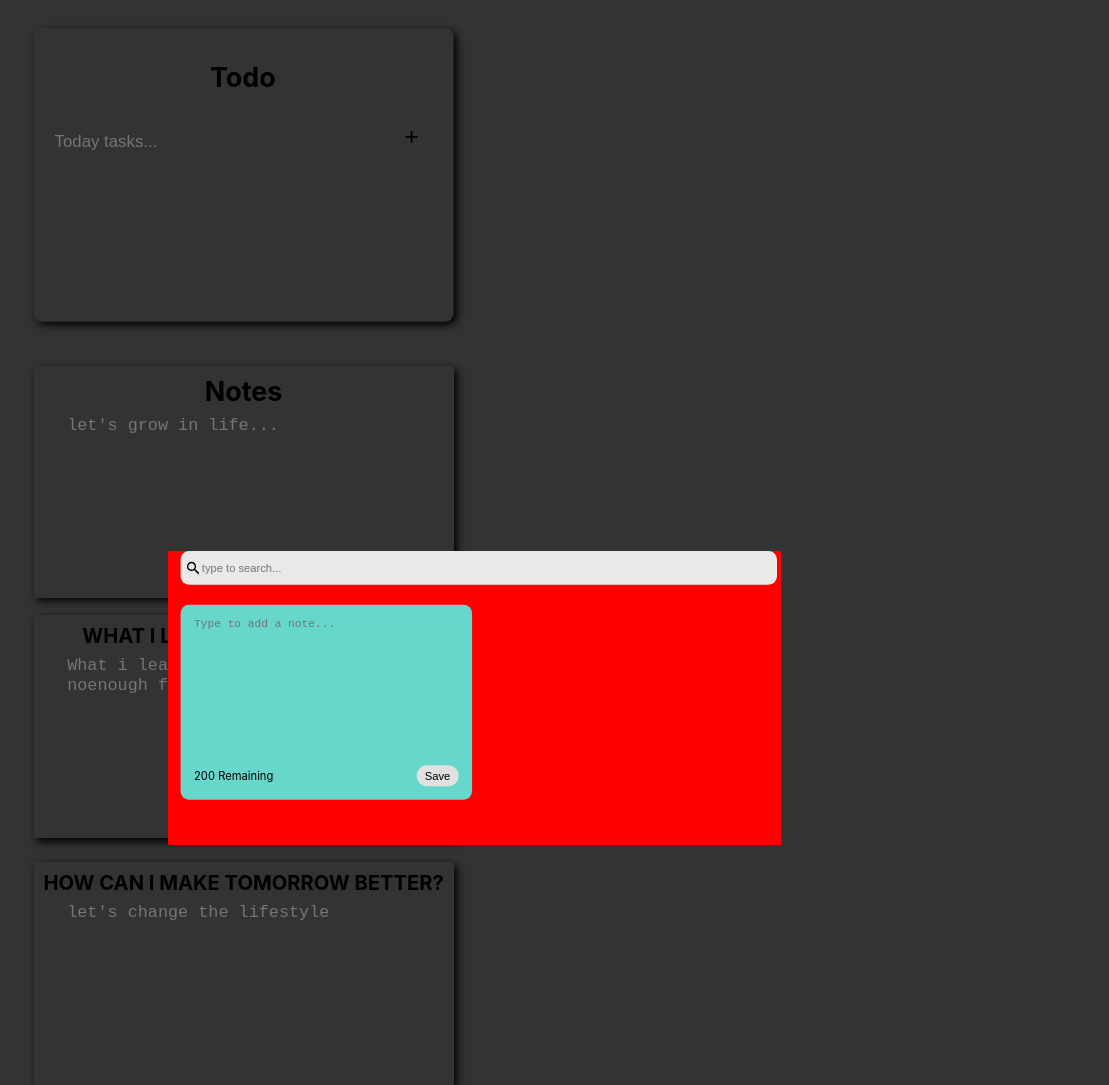
Repository: subhamRsahoo/note
Page: /
These files come from the project's save history. The page is drawn as it stood at one moment and after the next save; the edit follows.
The browser window is 1280 px wide. The page is 1320 px wide, so the pictures cover 1320 px, including what lies to the right of the window. The pictures show the whole page, at 84% of full size.
The project was rebuilt for these pictures with package versions that can differ from the ones it lists, and the page was loaded fresh each time. Also part of the build but not shown: src/components/New folder/components/Note.js.

Above is the page before, as saved 2021-07-15 18:03:37.

### public/index.html
<!DOCTYPE html>
<html lang="en">
  <head>
    <meta charset="utf-8" />
    <link rel="icon" href="%PUBLIC_URL%/favicon.ico" />
    <meta name="viewport" content="width=device-width, initial-scale=1" />
    <meta name="theme-color" content="#000000" />
    <meta
      name="description"
      content="Web site created using create-react-app"
    />
    <link rel="apple-touch-icon" href="%PUBLIC_URL%/logo192.png" />
    <link rel="manifest" href="%PUBLIC_URL%/manifest.json" />


    <!-- <link rel="stylesheet" href="https://cdnjs.cloudflare.com/ajax/libs/font-awesome/5.15.3/css/font-awesome.min.css"/> -->

    <!-- <link rel="stylesheet" href="https://bootswatch.com/4/materia/bootstrap.com"/> -->

    <title>React App</title>
  </head>
  <body>
    <noscript>You need to enable JavaScript to run this app.</noscript>
    <div id="root"></div>
  </body>
</html>

### src/App.js
import React from 'react'
import Hub from './components/Hub';
import Hub1 from './components/aaaa/Hub1';
import A from './components/New folder/A';

function App() {
    return (
        <div>
            <Hub/>
            <Hub1/>
            <A/>
        </div>
    )
}

export default App

### src/components/Hub.js
import React , {useState , useEffect}from "react";
import Header from "./Header";
import Form from "./Form";
import TodoList from "./TodoList";
import './App.css';


const Hub = () => {
  const initalState = JSON.parse(localStorage.getItem("todos")) || [];
  const [input ,setInput] = useState("");
  const [todos ,setTodos] = useState(initalState);
  const [editTodo , setEditTodo] = useState(null);

  useEffect(() => {
    localStorage.setItem("todos" , JSON.stringify(todos))
  }, [todos]);
  return (
    <div className="container">
      <div className="app-wrapper">
        <div>
          <Header/>
        </div>
        <div>
          <Form
          input={input}
          setInput={setInput}
          todos={todos}
          setTodos={setTodos}
          editTodo={editTodo}
          setEditTodo={setEditTodo}
          />
        </div>
        <div>
          <TodoList todos={todos} setTodos={setTodos} setEditTodo={setEditTodo}/>
        </div>
      </div>
    </div>

  );
}

export default Hub;

### src/components/aaaa/Hub1.js
import React, { Component } from 'react';
import FormDataComponent from './components/form-data.component';
class  Hub1 extends Component {
  render() {
    return (
      <div >
        <FormDataComponent />
      </div>
    );
  }
}

export default Hub1;

### src/components/New folder/A.js
import React from 'react';
import './index.css';
import App from './App';


function A() {
    return (
        <div>
            <App />
        </div>
    )
}

export default A

### src/components/Header.js
import React from 'react'

function Header() {
    return (
        <div className="header">
            <h1>Todo</h1>
        </div>
    )
}

export default Header

### src/components/Form.js
import React , {useEffect} from 'react'
import {v4 as uuidv4} from "uuid";
import AddIcon from '@material-ui/icons/Add';

 const Form =({input , setInput , todos , setTodos , editTodo , setEditTodo }) => {
     const updateTodo = (title , id, completed) =>
     {
         const newTodo = todos.map((todo)=>

             todo.id === id ? {title,id, completed} : todo
         )
         setTodos(newTodo);
         setEditTodo("");
     }
     useEffect(() =>
     {
         if(editTodo)
         {
             setInput(editTodo.title);
         }else{
             setInput("")
         }
     }, [setInput , editTodo]);

     const onInputChange= (event) =>
     {
       setInput(event.target.value);
     };

     const onFormSubmit = (event) =>
     {
        event.preventDefault();
        if(!editTodo){
            setTodos([...todos , {id:uuidv4(), title: input , completed: false}]);
            setInput("");
        }else{
            updateTodo(input , editTodo.id , editTodo.completed)
        }
     }
    return (
       <form onSubmit={onFormSubmit}>
           <input type="text" placeholder="Today tasks... " className="task-input"
           value={input} required onChange={onInputChange} limit={3}/>
           <button type="submit" className="Add">
            <AddIcon/>
           </button>
       </form>
    )
}

export default Form

### src/components/TodoList.js
import React from 'react'
import DoneIcon from '@material-ui/icons/Done';
import EditIcon from '@material-ui/icons/Edit';
import DeleteIcon from '@material-ui/icons/Delete';

const TodoList = ({todos , setTodos , setEditTodo}) => {

    const handleDelete = ({id}) =>
    {
        setTodos(todos.filter((todo) => todo.id !== id));
    }

    const handleComplete = (todo) =>
    {
        setTodos(
            todos.map((item) => {
                if(item.id === todo.id){
                    return {...item , completed: !item.completed};
                }
                return item
            })
        )
    }

    const handleEdit =({id}) =>{
        const findTodo = todos.find((todo) => todo.id === id);
        setEditTodo(findTodo);
    };
    return (
        <div>
           {todos.map((todo) => (
               <li className="list-item"  key={todo.id}>
                   <input type="text"
                     value={todo.title}
                     className={`list ${todo.completed ? "complete" : "" }`}
                     onChange={(event)=> event.preventDefault()}
                   />
                   <div>
                       <button className="button-complete task-button" onClick={() => handleComplete(todo)}>
                          <i><DoneIcon/></i>
                       </button>
                       <button className="button-edit task-button" onClick={()=> handleEdit(todo)}>
                          <i><EditIcon/></i>
                       </button>
                       <button className="button-delete task-button"  onClick={()=> handleDelete(todo)}>
                          <i><DeleteIcon/></i>
                       </button>
                   </div>
               </li>
           ))}
        </div>
    );
}

export default TodoList;

### src/components/App.css
::-webkit-scrollbar {
  width: 9px;
}
::-webkit-scrollbar-thumb {
  background-color: #a8a8a8;
}
::-webkit-scrollbar-thumb:hover {
  background: #828282;
}
::-webkit-scrollbar-track {
  background: #cccccc;
}

body {
  font-family: -apple-system, BlinkMacSystemFont, 'Segoe UI', 'Roboto', 'Oxygen',
    'Ubuntu', 'Cantarell', 'Fira Sans', 'Droid Sans', 'Helvetica Neue',
    sans-serif;
  -webkit-font-smoothing: antialiased;
  -moz-osx-font-smoothing: grayscale;
  background: #333;
}

code {
  font-family: source-code-pro, Menlo, Monaco, Consolas, 'Courier New',
    monospace;
}


*
{
  margin: 0;
  padding: 0;
}

.container
{
  margin-top: 10px;
  width: 100%;
  min-height: 55vh;
  display: grid;
  justify-content: left;
  /* margin-left: 40px; */
  right: 500px;
  align-items: center;
  position: relative;
  box-sizing: border-box;
  left: 40px;
}

.app-wrapper
{
  background-color: #333;
  width: 500px;
  min-height: 350px;
  padding: 10px;
  box-sizing: border-box;
  border-radius: 10px;
  box-shadow: 4px 4px 10px #000;
  /* margin-bottom: 150px; */

}

.header h1
{
  color: black;
  text-align: left;
  margin: 30px 0;
  margin-left: 200px;
}

.task-input
{
  outline: none;
  width: 350px;
  padding: 15px;
  margin-right: 25px;
  font-size: 20px;
  color: white;
  background-color: #333;
  border: none;
  border-radius: 10px;
}

.task-input:hover
{
  box-shadow: 6px 4px 10px #000;
}

.Add
{
  width: 70px;
  padding: 5px 5px;
  border: 0;
  cursor: pointer;
  border-style: transparent;
  background-color: #333;
}

.Add:hover
{
  border-radius: 10px;
  box-shadow: 6px 4px 10px #000;
}

.list-item
{
  display: flex;
  margin: 20px 0;
  border: none;
  border-radius: 10px;
  padding: 7px;
  max-height: 20px;
}

.list-item:hover
{
  box-shadow: 6px 4px 10px #000;
}

.button-complete,
.button-delete,
.button-edit
{
  border: none;
  outline: none;
  cursor: pointer;
  background-color: transparent;
  font-size: 20px;
  border-radius: 50%;
}

.button-complete
{
  color: #ff6c6c;
  margin-right: 10px;
  margin-left: 70px;
}

.button-edit
{
  color: #e2d029;
  margin-right: 10px;
}

.button-delete
{
  color: lightseagreen;
}

.complete
{
  text-decoration-style: solid;
  text-decoration-line: line-through;
  text-decoration-color: #ff6c6c;
  opacity: 0.6;
}

.list
{
  width: 250px;
  background-color: #333;
  border: none;
  color: wheat;
  font-size: 20px;
  padding-left: 10px;
  margin-right: 15px;
}

input:focus,
button:focus
{
  outline: none;
}

@media screen and (max-width:768px)
{
  .container
  {
    left : 120px;
  }
  .app-wrapper
  {

    min-width: 400px;
    min-height: 260px;
    /* margin-top: 15px; */
  }
}

@media screen and (max-width:540px)
{
  .container
  {
    left: 40px;
  }
}

@media screen and (max-width: 1020px)
{
  .app-wrapper
  {
    min-width: 200px;
    min-height: 260px;
    margin-top: 15px;
  }
}

### src/components/New folder/index.css
body {
	margin: 0;
	font-family: -apple-system, BlinkMacSystemFont, 'Segoe UI',
		'Roboto', 'Oxygen', 'Ubuntu', 'Cantarell', 'Fira Sans',
		'Droid Sans', 'Helvetica Neue', sans-serif;
	-webkit-font-smoothing: antialiased;
	-moz-osx-font-smoothing: grayscale;
}

code {
	font-family: source-code-pro, Menlo, Monaco, Consolas,
		'Courier New', monospace;
}

.header {
	display: flex;
	align-items: center;
	justify-content: space-between;
}


.container1 {
	display: grid;
	width: 700px;
	/* margin-right: auto;  */
	position: absolute;
	left: 200px;
	padding-right: 15px;
	padding-left: 15px;
	height: 350px;
	background-color:red;
}

.notes-list {
	display: grid;
	grid-gap: 1rem;
	grid-template-columns: repeat(
		auto-fill,
		minmax(250px, 1fr)
	);
}

.note.new {
	background-color: #67d7cc;
	height: 200px;
	margin-bottom: 200px;
}

textarea {
	border: none;
	resize: none;
	background-color: #67d7cc;
}

textarea:focus {
	outline: none;
}

.save {
	background-color: #e1e1e1;
	border: none;
	border-radius: 15px;
	padding: 5px 10px 5px 10px;
}

.save:hover {
	background-color: #ededed;
	cursor: pointer;
}

.note {
	background-color: #fef68a;
	border-radius: 10px;
	padding: 1rem;
	height: 200px;
	display: flex;
	flex-direction: column;
	justify-content: space-between;
	white-space: pre-wrap;
}

.note-footer {
	display: flex;
	align-items: center;
	justify-content: space-between;
}

.delete-icon {
	cursor: pointer;
}

.search {
	display: flex;
	align-items: center;
	background-color: rgb(233, 233, 233);
	width: 700px;
	height: 30px;
	border-radius: 10px;
	padding: 5px;
	margin-bottom: 1.5em;
}

.search input {
	border: none;
	background-color: rgb(233, 233, 233);
	width: 100%;
}

.search input:focus {
	outline: none;
}

### src/components/New folder/App.js
import { useState, useEffect } from 'react';
import { nanoid } from 'nanoid';
import NotesList from './components/NotesList';
import Search from './components/Search';

const App = () => {
	const [notes, setNotes] = useState([
		// {
		// 	id: nanoid(),
		// 	text: 'This is my first note!',
		// 	date: '15/04/2021',
		// },
		// {
		// 	id: nanoid(),
		// 	text: 'This is my second note!',
		// 	date: '21/04/2021',
		// },
		// {
		// 	id: nanoid(),
		// 	text: 'This is my third note!',
		// 	date: '28/04/2021',
		// },
		// {
		// 	id: nanoid(),
		// 	text: 'This is my new note!',
		// 	date: '30/04/2021',
		// },
	]);

	const [searchText, setSearchText] = useState('');

	useEffect(() => {
		const savedNotes = JSON.parse(
			localStorage.getItem('react-notes-app-data')
		);

		if (savedNotes) {
			setNotes(savedNotes);
		}
	}, []);

	useEffect(() => {
		localStorage.setItem(
			'react-notes-app-data',
			JSON.stringify(notes)
		);
	}, [notes]);

	const addNote = (text) => {
		const date = new Date();
		const newNote = {
			id: nanoid(),
			text: text,
			date: date.toLocaleDateString(),
		};
		const newNotes = [...notes, newNote];
		setNotes(newNotes);
	};

	const deleteNote = (id) => {
		const newNotes = notes.filter((note) => note.id !== id);
		setNotes(newNotes);
	};

	return (
		<div >
			<div className='container1'>
				<Search handleSearchNote={setSearchText} />
				<NotesList
					notes={notes.filter((note) =>
						note.text.toLowerCase().includes(searchText)
					)}
					handleAddNote={addNote}
					handleDeleteNote={deleteNote}
				/>
			</div>
		</div>
	);
};

export default App;

### src/components/aaaa/components/design.css
.form
{
    width: 100%;
    height: 250px;
    display: grid;
    margin: 0;
    padding: 0;
}


.contain
{
    display: grid;
    width: 500px;
    left: 40px;
    top: 30px;
    bottom: 10px;
    box-shadow: 4px 4px 10px #000;
    position: relative;
    box-sizing: border-box;

}

.text1
{
    margin-top: 10px;
   width: 400px;
   height: 197px;
   margin-left: 40px;
   background-color: #333;
   border-style: none;
   color: white;
   border-style: none;
   font-size: 20px;
   margin-bottom: 20px;
}

.text1:hover
{
    box-shadow: 4px 4px 10px #000;
}

.contain h1
{
    margin-top: 10px;
   text-align: center;
}

/* .btn1
{
    background-color: #333;
    margin-left: 70px;
    text-decoration-color: white;
    border-style: none;
    color: white;
    cursor: pointer;
    margin-bottom: 10px;
    padding: 8px 8px;
    border-radius: 10px;
}

.btn1:hover
{
    box-shadow: 4px 4px 10px #000;
    padding: 8px 8px;
} */


.contain1
{
    width: 500px;
    top: 50px;
    left: 40px;
    box-shadow: 4px 4px 10px #000;
    position: relative;
    box-sizing: content-box;
    display: grid;
}

.text2
{
    margin-top: 10px;
    width: 400px;
    height: 197px;
    margin-left: 40px;
    background-color: #333;
    border-style: none;
    color: white;
    border-style: none;
    font-size: 20px;
    margin-bottom: 20px;
}

.text2:hover
{
    box-shadow: 4px 4px 10px #000;
}


.contain1 h2
{
    margin-top: 10px;
   text-align: center;
}

/* .btn2
{
    background-color: #333;
    margin-left: 70px;
    text-decoration-color: white;
    border-style: none;
    color: white;
    cursor: pointer;
    margin-bottom: 10px;
    padding: 8px 8px;
    border-radius: 10px;
}

.btn2:hover
{
    box-shadow: 4px 4px 10px #000;
    padding: 8px 8px;
} */

.contain2
{
   width: 500px;
    margin-top: 620px;
    margin-left: 40px;
    /* bottom: 630px; */
    box-shadow: 4px 4px 10px #000;
    position: absolute;
    box-sizing:border-box;
    display: grid;
}

.text3
{
    margin-top: 10px;
    width: 400px;
    height: 197px;
    margin-left: 40px;
    background-color: #333;
    border-style: none;
    color: white;
    border-style: none;
    font-size: 20px;
    margin-bottom: 20px;
}

.text3:hover
{
    box-shadow: 4px 4px 10px #000;
}


.contain2 h2
{
    margin-top: 10px;
   text-align: center;
}

/* .btn3
{
    background-color: #333;
    margin-left: 70px;
    text-decoration-color: white;
    border-style: none;
    color: white;
    cursor: pointer;
    margin-bottom: 10px;
    padding: 8px 8px;
    border-radius: 10px;
}

.btn3:hover
{
    box-shadow: 4px 4px 10px #000;
    padding: 8px 8px;
} */

@media screen and (max-width:768px)
{
    .contain
    {
        left: 80px;
    }
    .contain1
    {
        left: 80px;
    }
    .contain2
    {
        left: 80px;
    }
}

@media screen and (max-width: 540px)
{
    .contain
    {
        left: 0;
    }
    .contain1
    {
        left: 0px;
    }
    .contain2
    {
        left: 0px;
    }
}

### src/components/New folder/components/AddNote.js
import { useState } from 'react';

const AddNote = ({ handleAddNote }) => {
	const [noteText, setNoteText] = useState('');
	const characterLimit = 200;

	const handleChange = (event) => {
		if (characterLimit - event.target.value.length >= 0) {
			setNoteText(event.target.value);
		}
	};

	const handleSaveClick = () => {
		if (noteText.trim().length > 0) {
			handleAddNote(noteText);
			setNoteText('');
		}
	};

	return (
		<div className='note new'>
			<textarea
				rows='8'
				cols='10'
				placeholder='Type to add a note...'
				value={noteText}
				onChange={handleChange}
			></textarea>
			<div className='note-footer'>
				<small>
					{characterLimit - noteText.length} Remaining
				</small>
				<button className='save' onClick={handleSaveClick}>
					Save
				</button>
			</div>
		</div>
	);
};

export default AddNote;

Loaded but not shown: src/index.js (common file); src/components/New folder/components/NotesList.js (common file); src/components/New folder/components/Search.js (common file); src/components/aaaa/components/form-data.component.js (90 lines, source omitted)

After the next save:
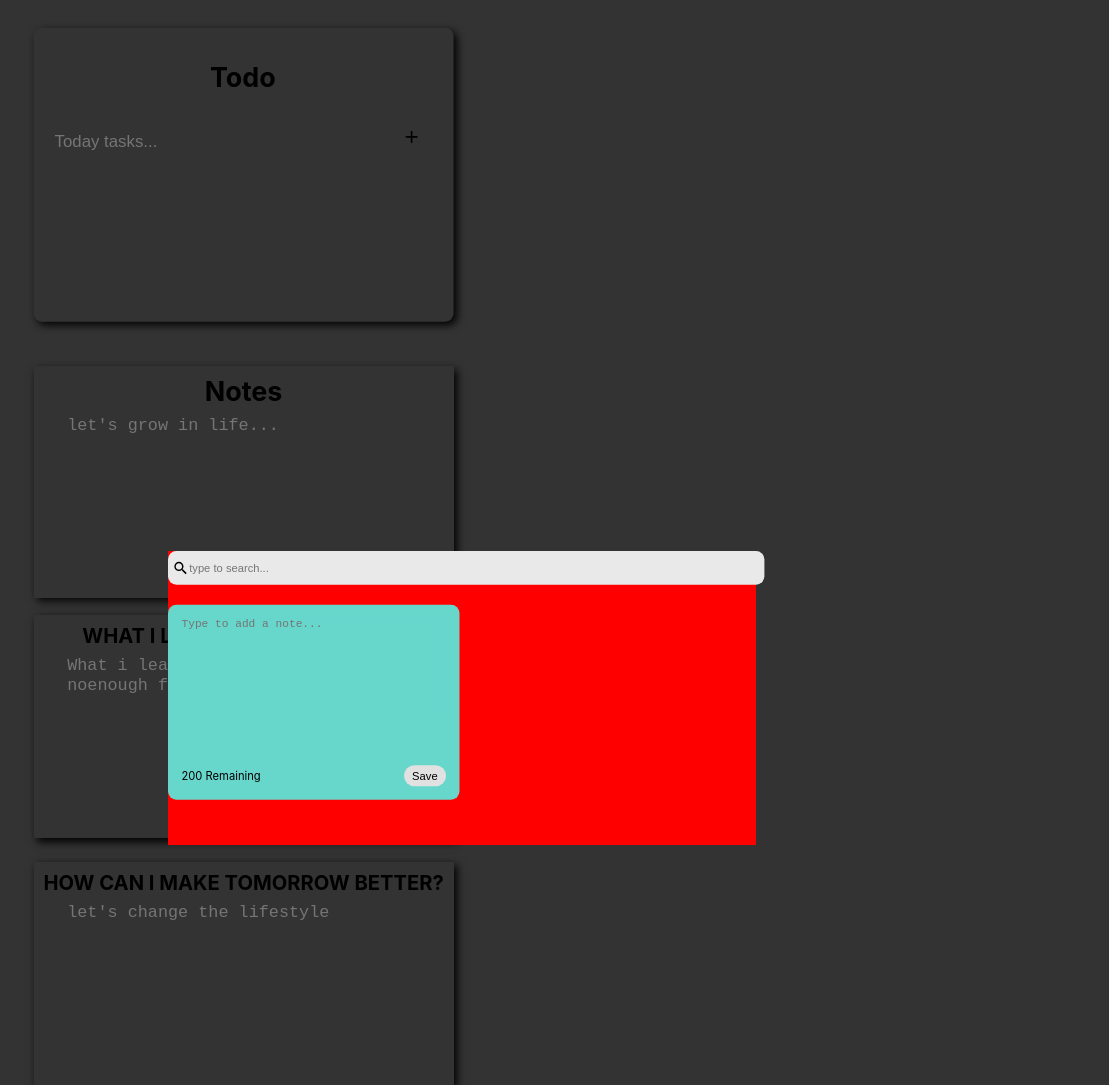
Saved 37 s later.
--- a/src/components/New folder/index.css
+++ b/src/components/New folder/index.css
@@ -25,8 +25,8 @@
 	/* margin-right: auto;  */
 	position: absolute;
 	left: 200px;
-	padding-right: 15px;
-	padding-left: 15px;
+	/* padding-right: 15px;
+	padding-left: 15px; */
 	height: 350px;
 	background-color:red;
 }

After the save that followed:
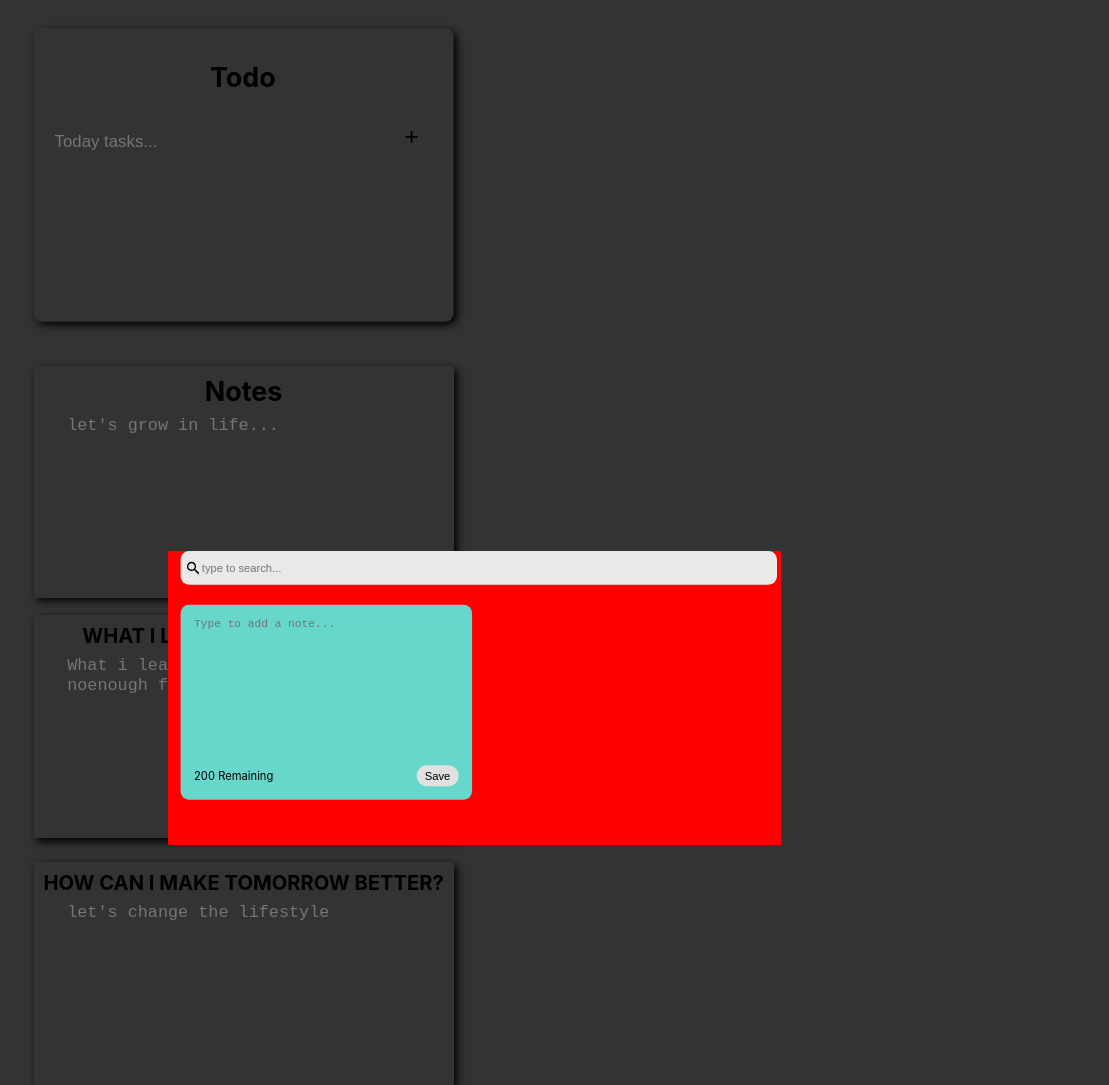
Saved 10 s later.
--- a/src/components/New folder/index.css
+++ b/src/components/New folder/index.css
@@ -25,8 +25,8 @@
 	/* margin-right: auto;  */
 	position: absolute;
 	left: 200px;
-	/* padding-right: 15px;
-	padding-left: 15px; */
+	padding-right: 15px;
+	padding-left: 15px;
 	height: 350px;
 	background-color:red;
 }
